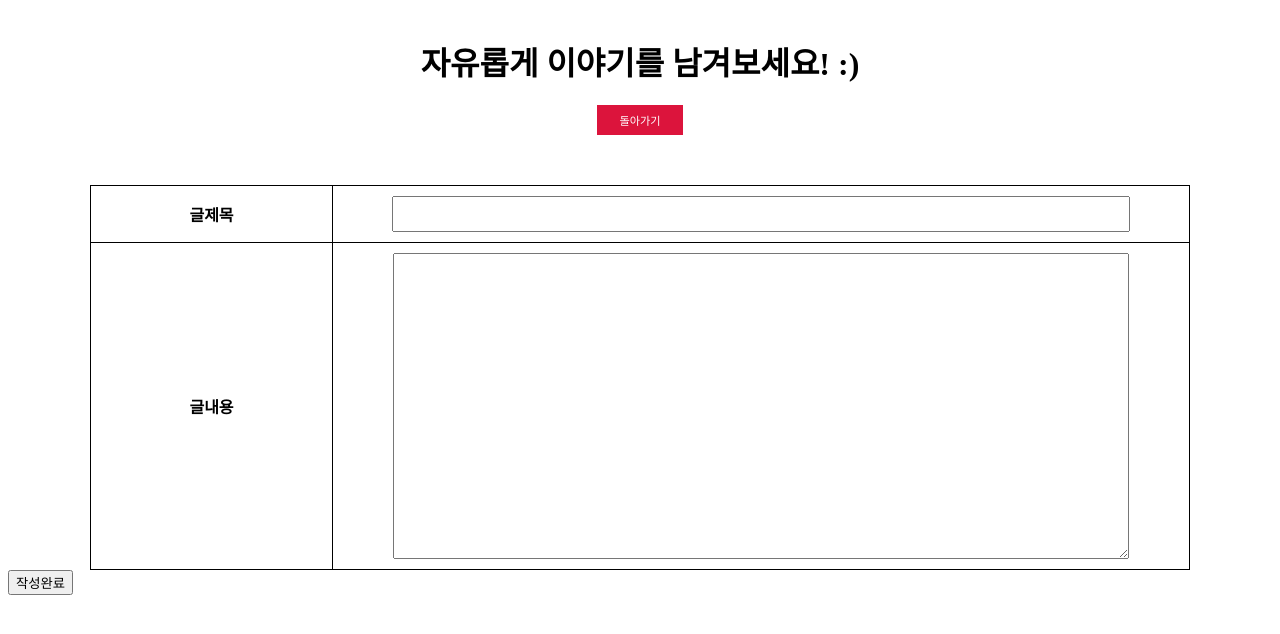
Repository: minkyung0421/NMT_Project
Page: http://localhost/MyPage_Project/Write.jsp
These files come from the project's save history. The page is drawn as it stood at one moment and after the next save; the edit follows.
The browser window is 1280 px wide. The pictures show the whole page.
The page is served by Tomcat 9.

Above is the page before, as saved 2018-08-30 23:18:58.

### NMT_Project/MyPage_Project/WebContent/Write.jsp
<%@ page language="java" contentType="text/html; charset=UTF-8"
    pageEncoding="UTF-8"%>
<!DOCTYPE html PUBLIC "-//W3C//DTD HTML 4.01 Transitional//EN" "http://www.w3.org/TR/html4/loose.dtd">
<html>
<head>
<meta http-equiv="Content-Type" content="text/html; charset=UTF-8">
<title>Board</title>
<style>
	  .body{

        width:1100px;

        margin:50px auto 0;

        text-align: center;

      }

      .body, .body td, .body th{ border-collapse: collapse; border:1px solid black; box-sizing: border-box;}

      .body th{width:242px; padding:10px 0;}

      .body td{padding:10px 0;}

      #board_title{width:730px; height:30px;}

      #board_content{width:730px; height:300px;}

         button{
        background:crimson;
        color:#fff;
        border:none;
        position:relative;
        height:30px;
        font-size:0.7em;
        padding:0 2em;
        cursor:pointer;
        transition:800ms ease all;
        outline:none;
      }
      button:hover{
        background:#fff;
        color:crimson;
      }
      button:before,button:after{
        content:'';
        position:absolute;
        top:0;
        right:0;
        height:2px;
        width:0;
        background: crimson;
        transition:400ms ease all;
      }
      button:after{
        right:inherit;
        top:inherit;
        left:0;
        bottom:0;
      }
      button:hover:before,button:hover:after{
        width:100%;
        transition:800ms ease all;
      }
</style>
</head>
<body>
 <center><h1 style = "margin-top:3%">자유롭게 이야기를 남겨보세요! :)</h1>
        <a href = "index.jsp"><button>돌아가기</button></a></center>
<form name="insertFrm" id="insertFrm" action="insert.jsp">

    <table class="body">

      <tr>

        <th>글제목</th>

        <td><input type="text" id="board_title" name="board_title"></td>

      </tr>

      <tr>

        <th>글내용</th>

        <td><textarea id="board_content" name="board_content"></textarea></td>

      </tr>

    </table>

  </form>

  <div class="Btn">

    <input type="button" value="작성완료" class = "button" id="insert" OnClick="javascript:Insert();">
  </div>
</body>
<script>
	function Insert(){
		var insertFrm = document.insertFrm;
		if(!insertFrm.board_title.value){
			alert("글제목을 작성해주세요;)");
			insertFrm.board_title.focus();
			return;
		}

		if(!insertFrm.board_content.value){
			alert("내용을 적어주세요;)");
			insertFrm.board_content.focus();
			return;
		}

		insertFrm.submit();
	}
</script>
</html>

After the next save:
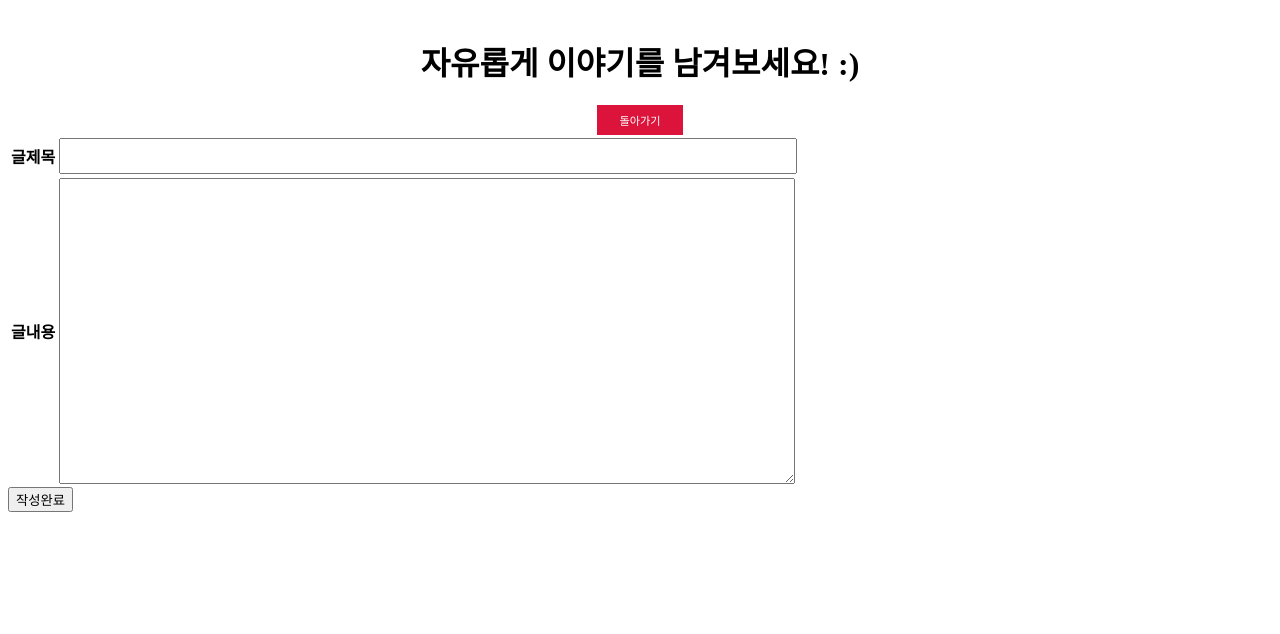
Saved 16 s later.
--- a/NMT_Project/MyPage_Project/WebContent/Write.jsp
+++ b/NMT_Project/MyPage_Project/WebContent/Write.jsp
@@ -6,21 +6,7 @@
 <meta http-equiv="Content-Type" content="text/html; charset=UTF-8">
 <title>Board</title>
 <style>
-	  .body{
 
-        width:1100px;
-
-        margin:50px auto 0;
-
-        text-align: center;
-
-      }
-
-      .body, .body td, .body th{ border-collapse: collapse; border:1px solid black; box-sizing: border-box;}
-
-      .body th{width:242px; padding:10px 0;}
-
-      .body td{padding:10px 0;}
 
       #board_title{width:730px; height:30px;}
 
